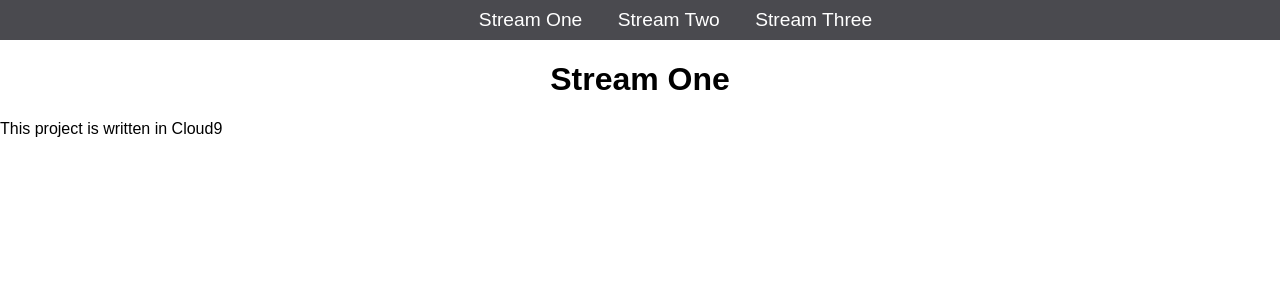
Repository: Kraljiccar/my-first-website1
Page: stream-one.html
The author's editor kept a record of every edit. The page is drawn from the files as they stood at one moment, then again after the next edit.
The browser window is 1280 px wide. The pictures show the whole page.

Above is the page before.

### stream-one.html
<html>
    <head>
     <link rel="stylesheet" href="css/style.css" type="text/css" />
    </head>
    <body>
        <nav>
            <ul>
                <li><a href="stream-one.html">Stream One</a></li>
                <li><a href="stream-two.html">Stream Two</a></li>
                <li><a href="stream-three.html">Stream Three</a></li>

            </ul>
        </nav>
        <h1>Stream One</h1>
        <p>This project is written in Cloud9</p>
    </body>
</html>

### css/style.css
body {
    margin: 0;
    padding: 0;
    font-family: "Oswald", sans-serif;
}

nav {
    list-style: none;
    background-color: #4a4a4f;
    text-align: center;
    margin: 0;
    padding: 0;
}
nav li {
    font-size: 1.2em;
    line-height: 40px;
    height: 40px;
    display: inline-block;
    margin-left: 2.5%;
}

nav a {
    text-decoration: none;
    color: #ffffff;
    display: block;
}

nav a:hover {
    background-color: #ffffff;
    color: #4a4a4f;
}
.card {
    float: left;
    width: 20%;
    margin-left: 10%;
}

.card a {
   text-align: center;
}

img {
    width: 100%;
}

h1 {
    text-align: center;
}

After the next edit:
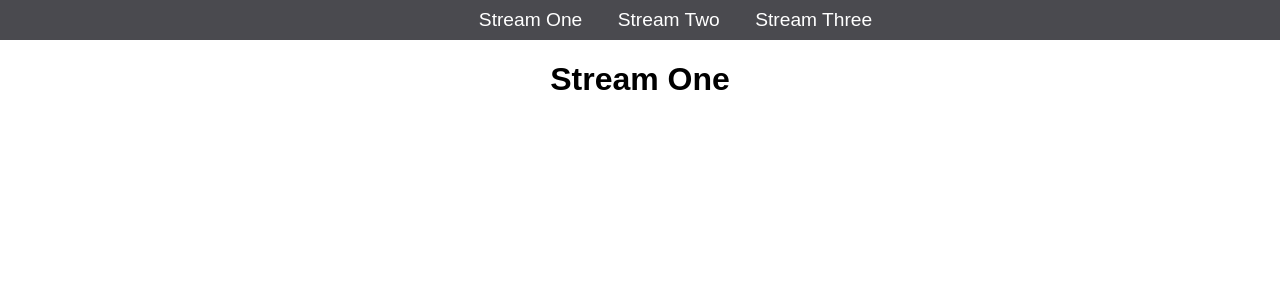
The edit:
--- a/stream-one.html
+++ b/stream-one.html
@@ -12,6 +12,12 @@
             </ul>
         </nav>
         <h1>Stream One</h1>
-        <p>This project is written in Cloud9</p>
+        <div class="card">
+            <a href="">
+                <img />
+                <h2></h2>
+            </a>
+        </div>
+
     </body>
 </html>
